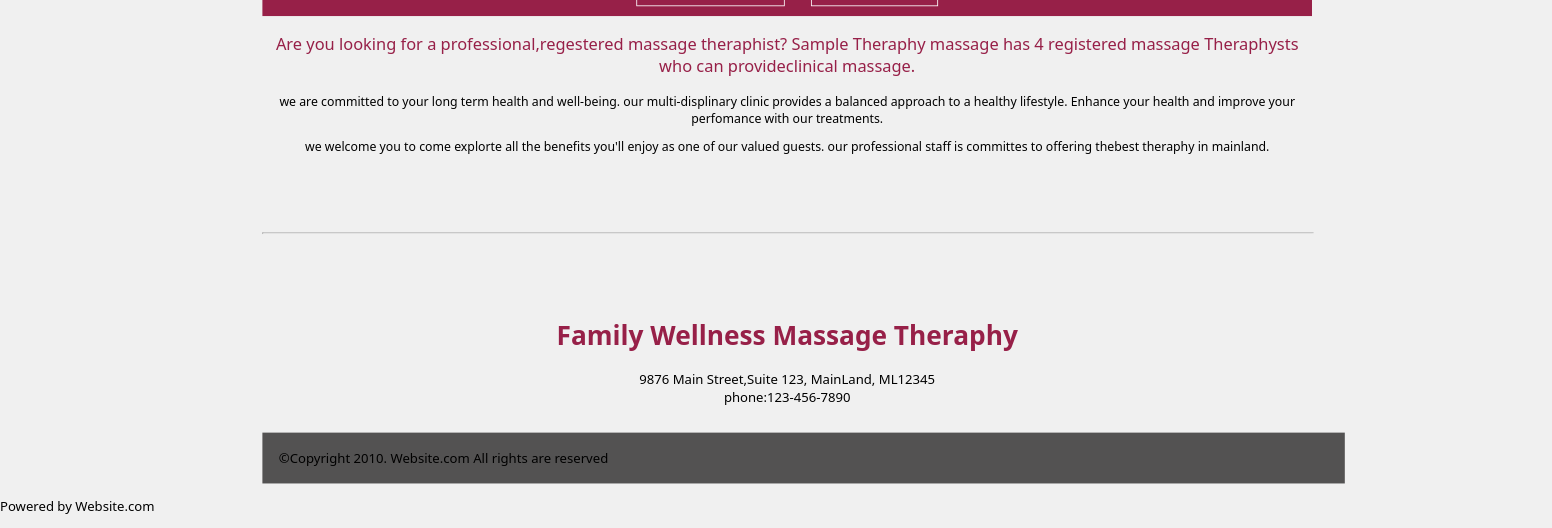
Repository: sriram1224/reactas1.github.io
Page: /
An editor plug-in stored every save of this project. The page is shown before and after the next save, followed by the edit.
The browser window is 1280 px wide. The page is 1893 px wide, so the pictures cover 1893 px, including what lies to the right of the window. The pictures show the part of the page from y = 1113 to 1757 px (the page is 1757 px tall), at 82% of full size.
Some web fonts or font styles are not loaded; a fallback is used. The project was rebuilt for these pictures with package versions that can differ from the ones it lists, and the page was loaded fresh each time. Also part of the build but not shown: src/App.css.

Above is the page before, as saved 2024-03-05 20:07:38.

After the next save:
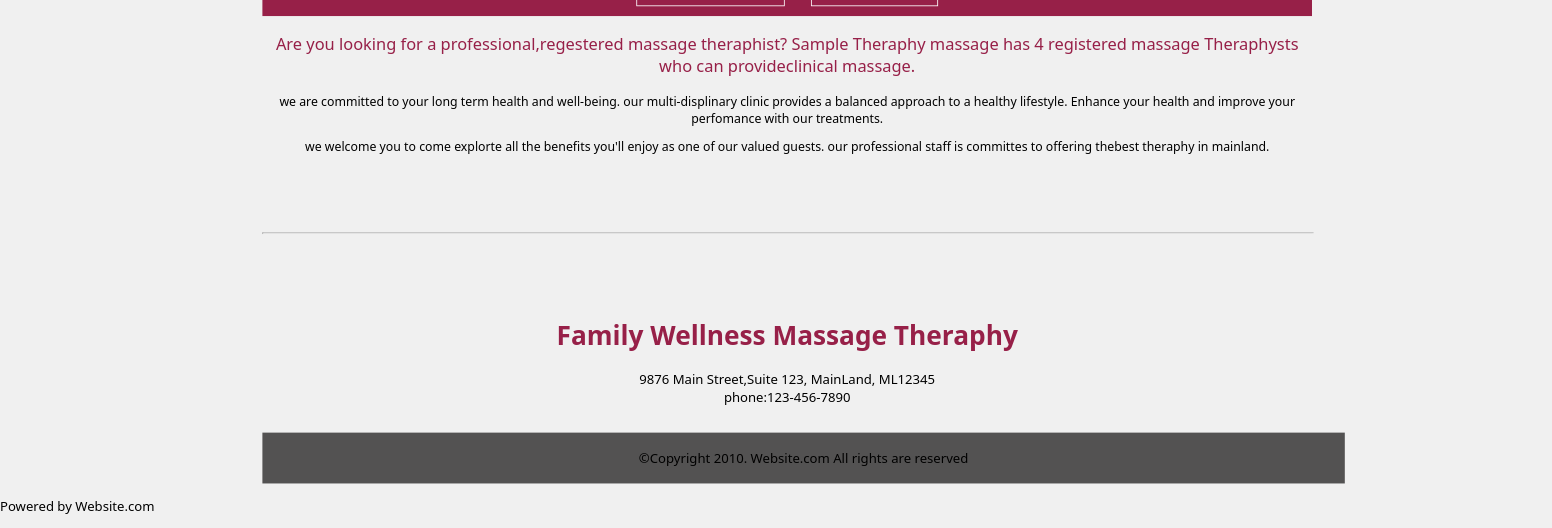
Saved 12 s later.
--- a/src/Components/Footer.css
+++ b/src/Components/Footer.css
@@ -5,4 +5,5 @@
     width:80rem;
     margin-left: 20rem;
     padding: 20px;
+    text-align: center;
 }
